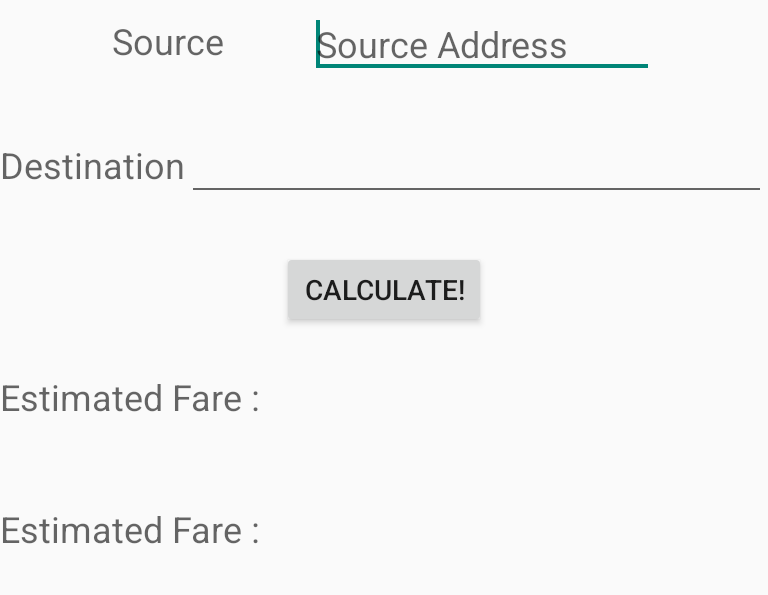
Repository: cravindra/autofareprototype
Layout: AutoFarePrototype/res/layout/activity_main.xml
These files come from the project's save history. The layout is drawn as it stood at one moment and after the next save; the edit follows.
The pictures show rows 685 to 1280 of an output 1280 px tall.
It is drawn on a 768 x 1280 px phone screen (xhdpi) without system bars, with theme AppTheme; the app's code is not run.

Above is the layout before, as saved 2014-07-16 13:28:25.

### AutoFarePrototype/res/layout/activity_main.xml
<LinearLayout xmlns:android="http://schemas.android.com/apk/res/android"
    android:id="@+id/main_layout"
    android:layout_width="match_parent"
    android:layout_height="match_parent"
    android:layout_margin="20dp"
    android:gravity="center"
    android:orientation="vertical" >

    <fragment
        android:id="@+id/map"
        android:name="com.google.android.gms.maps.MapFragment"
        android:layout_width="match_parent"
        android:layout_height="0dp"
        android:layout_weight="0.38" />

    <LinearLayout
        android:layout_width="match_parent"
        android:layout_height="wrap_content"
        android:layout_weight="0.13"
        android:orientation="vertical" >

        <LinearLayout
            android:layout_width="match_parent"
            android:layout_height="0dp"
            android:layout_gravity="center"
            android:layout_weight="1"
            android:gravity="center"
            android:orientation="horizontal" >

            <TextView
                android:id="@+id/tv_src"
                android:layout_width="98dp"
                android:layout_height="wrap_content"
                android:text="@string/src_string"
                android:textAppearance="?android:attr/textAppearanceMedium" />

            <EditText
                android:id="@+id/et_src"
                android:layout_width="174dp"
                android:layout_height="wrap_content"
                android:ems="10"
                android:hint="Source Address"
                android:inputType="text"
                android:textAllCaps="false" >

                <requestFocus />
            </EditText>

        </LinearLayout>

        <LinearLayout
            android:layout_width="match_parent"
            android:layout_height="wrap_content"
            android:layout_gravity="center"
            android:layout_weight="1"
            android:gravity="center" >

            <TextView
                android:id="@+id/tv_dest"
                android:layout_width="wrap_content"
                android:layout_height="wrap_content"
                android:layout_weight="0"
                android:text="@string/dest_string"
                android:textAppearance="?android:attr/textAppearanceMedium" />

            <EditText
                android:id="@+id/et_dest"
                android:layout_width="match_parent"
                android:layout_height="wrap_content"
                android:layout_weight="1"
                android:ems="10" />

        </LinearLayout>

        <Button
            android:id="@+id/button1"
            android:layout_width="wrap_content"
            android:layout_height="0dp"
            android:layout_gravity="center"
            android:layout_weight="1"
            android:text="@string/send_button_string" />

        <LinearLayout
            android:layout_width="match_parent"
            android:layout_height="wrap_content"
            android:layout_gravity="center"
            android:layout_weight="1"
            android:gravity="center" >

            <TextView
                android:id="@+id/tv_est_fare"
                android:layout_width="wrap_content"
                android:layout_height="wrap_content"
                android:text="@string/est_fare"
                android:textAppearance="?android:attr/textAppearanceMedium" />

            <TextView
                android:id="@+id/tv_fare"
                android:layout_width="0dp"
                android:layout_height="wrap_content"
                android:layout_weight="1"
                android:textAppearance="?android:attr/textAppearanceMedium" />

        </LinearLayout>

        <LinearLayout
            android:layout_width="match_parent"
            android:layout_height="wrap_content"
            android:layout_weight="1"
            android:gravity="center" >

            <TextView
                android:id="@+id/TextView01"
                android:layout_width="wrap_content"
                android:layout_height="wrap_content"
                android:text="@string/est_fare"
                android:textAppearance="?android:attr/textAppearanceMedium" />

            <TextView
                android:id="@+id/TextView02"
                android:layout_width="0dp"
                android:layout_height="wrap_content"
                android:layout_weight="1"
                android:textAppearance="?android:attr/textAppearanceMedium" />
        </LinearLayout>

    </LinearLayout>

</LinearLayout>

### AutoFarePrototype/res/values/strings.xml
<?xml version="1.0" encoding="utf-8"?>
<resources>

    <string name="app_name">Auto Fare Prototype</string>
    <string name="hello_world">Hello world!</string>
    <string name="action_settings">Settings</string>
    <string name="src_string">Source</string>
    <string name="dest_string">Destination</string>
    <string name="send_button_string">Calculate!</string>
    <string name="est_fare">Estimated Fare :</string>
    <string name="est_dist">Estimated Distance :</string>


</resources>

Loaded but not shown: AutoFarePrototype/res/values/styles.xml (common file); AutoFarePrototype/res/values-v11/styles.xml (common file); AutoFarePrototype/res/values-v14/styles.xml (common file)

After the next save:
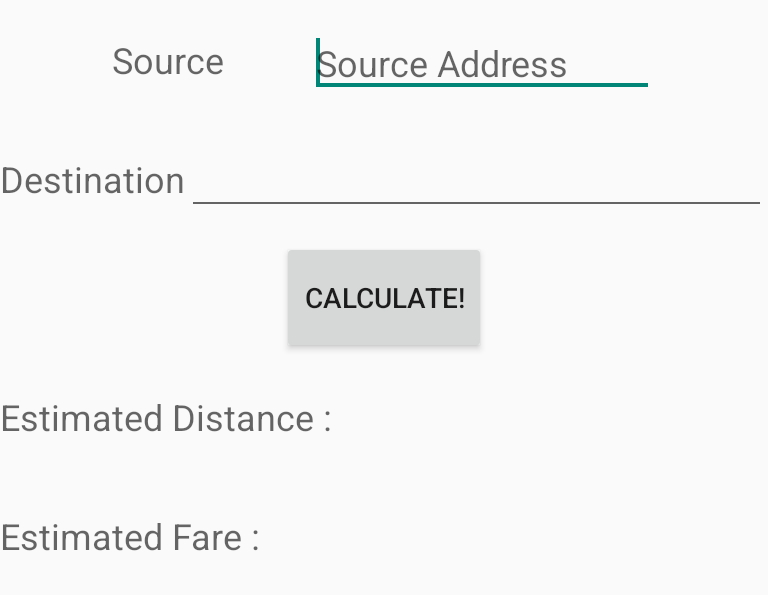
Saved 13 s later.
--- a/AutoFarePrototype/res/layout/activity_main.xml
+++ b/AutoFarePrototype/res/layout/activity_main.xml
@@ -50,7 +50,7 @@
 
         <LinearLayout
             android:layout_width="match_parent"
-            android:layout_height="wrap_content"
+            android:layout_height="0dp"
             android:layout_gravity="center"
             android:layout_weight="1"
             android:gravity="center" >
@@ -82,16 +82,16 @@
 
         <LinearLayout
             android:layout_width="match_parent"
-            android:layout_height="wrap_content"
+            android:layout_height="0dp"
             android:layout_gravity="center"
             android:layout_weight="1"
             android:gravity="center" >
 
             <TextView
-                android:id="@+id/tv_est_fare"
+                android:id="@+id/tv_est_dist"
                 android:layout_width="wrap_content"
                 android:layout_height="wrap_content"
-                android:text="@string/est_fare"
+                android:text="@string/est_dist"
                 android:textAppearance="?android:attr/textAppearanceMedium" />
 
             <TextView
@@ -105,7 +105,7 @@
 
         <LinearLayout
             android:layout_width="match_parent"
-            android:layout_height="wrap_content"
+            android:layout_height="0dp"
             android:layout_weight="1"
             android:gravity="center" >
 
